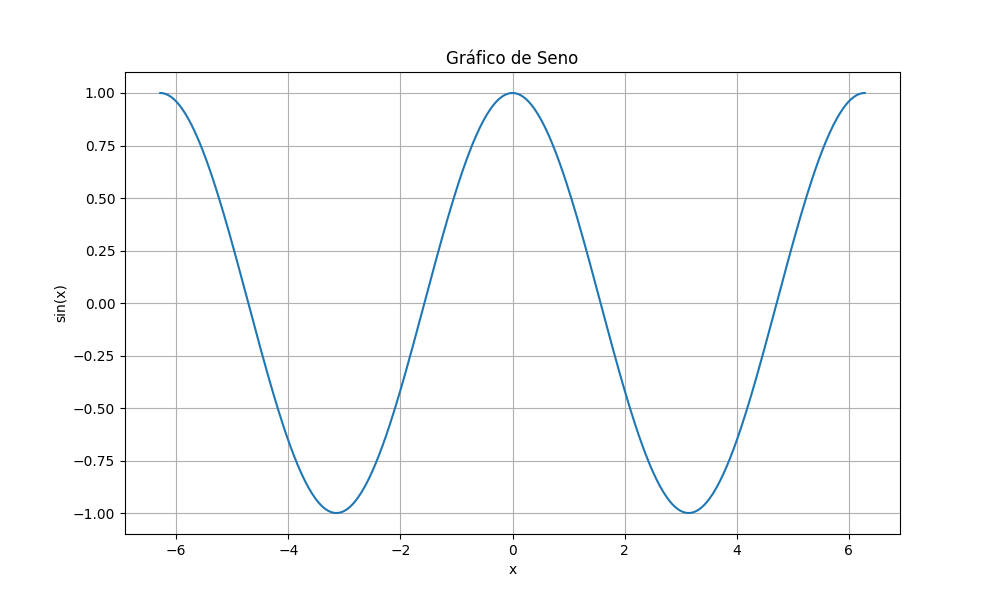
Repository: Carlos5anchez/machineLearning
Script's output: python Tarea 5. Informer/utils/tyrs.py
These files come from the project's save history. The script's output is drawn as it stood at one moment and after the next save; the edit follows.
Random numbers start from a fixed seed.

Above is the script's output before, as saved 2023-11-15 19:37:46.

After the next save:
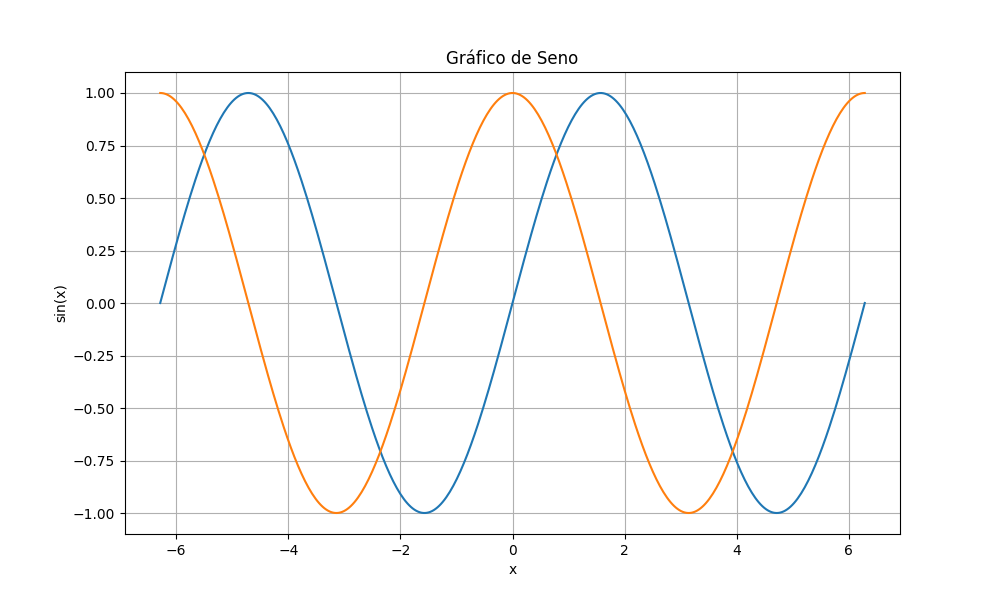
Saved 34 s later.
--- a/Tarea 5. Informer/utils/tyrs.py
+++ b/Tarea 5. Informer/utils/tyrs.py
@@ -5,12 +5,12 @@ import matplotlib.pyplot as plt
 x = np.linspace(-2 * np.pi, 2 * np.pi, 400)
 
 # Calculating the sine of each x value
-y = np.cos(x)
-
+y = np.sin(x)
+y2 = np.cos(x)
 # Creating the plot
 plt.figure(figsize=(10, 6))
 plt.plot(x, y)
-
+plt.plot(x, y2)
 # Adding title and labels
 plt.title('Gráfico de Seno')
 plt.xlabel('x')
